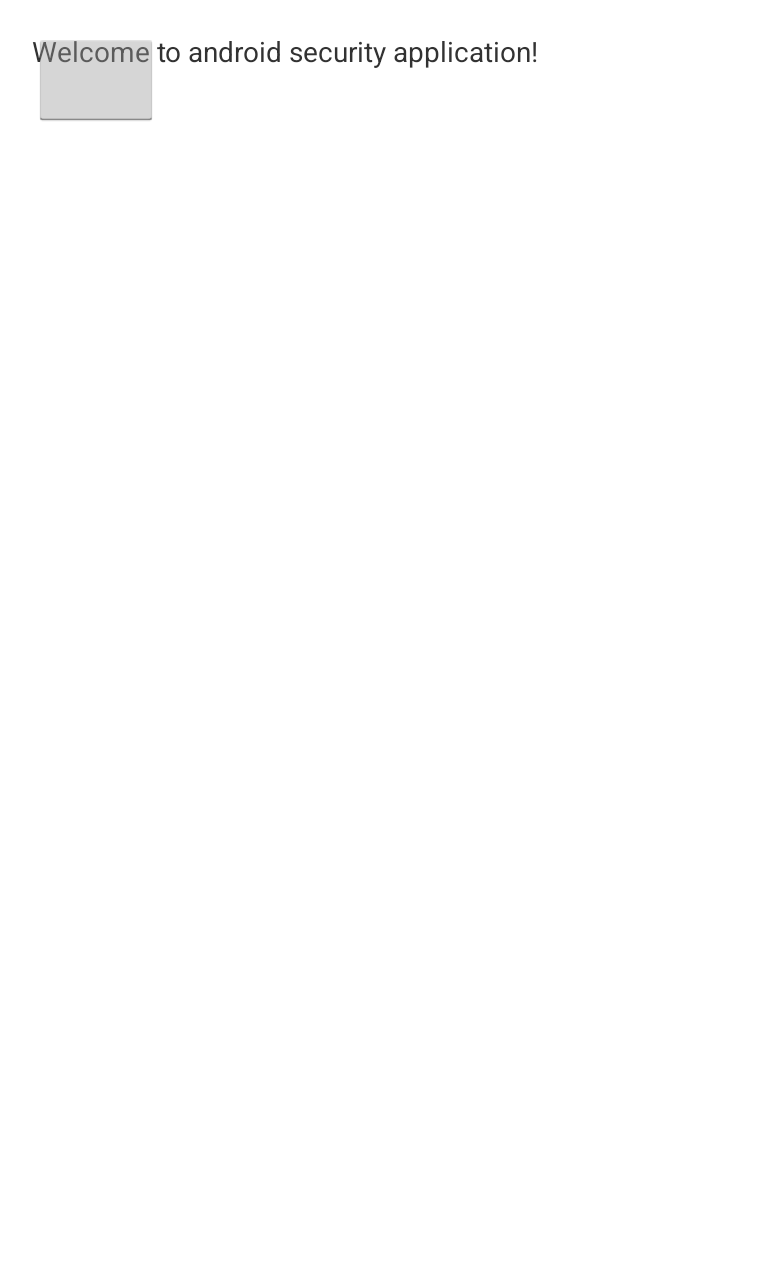
Repository: yuan8152598/android_security
Layout: android_client/AndroidSecurity/res/layout/activity_security.xml
These files come from the project's save history. The layout is drawn as it stood at one moment and after the next save; the edit follows.
It is drawn on a 768 x 1280 px phone screen (xhdpi) without system bars, with theme AppTheme; the app's code is not run.

Above is the layout before, as saved 2014-03-14 08:39:37.

After the next save:
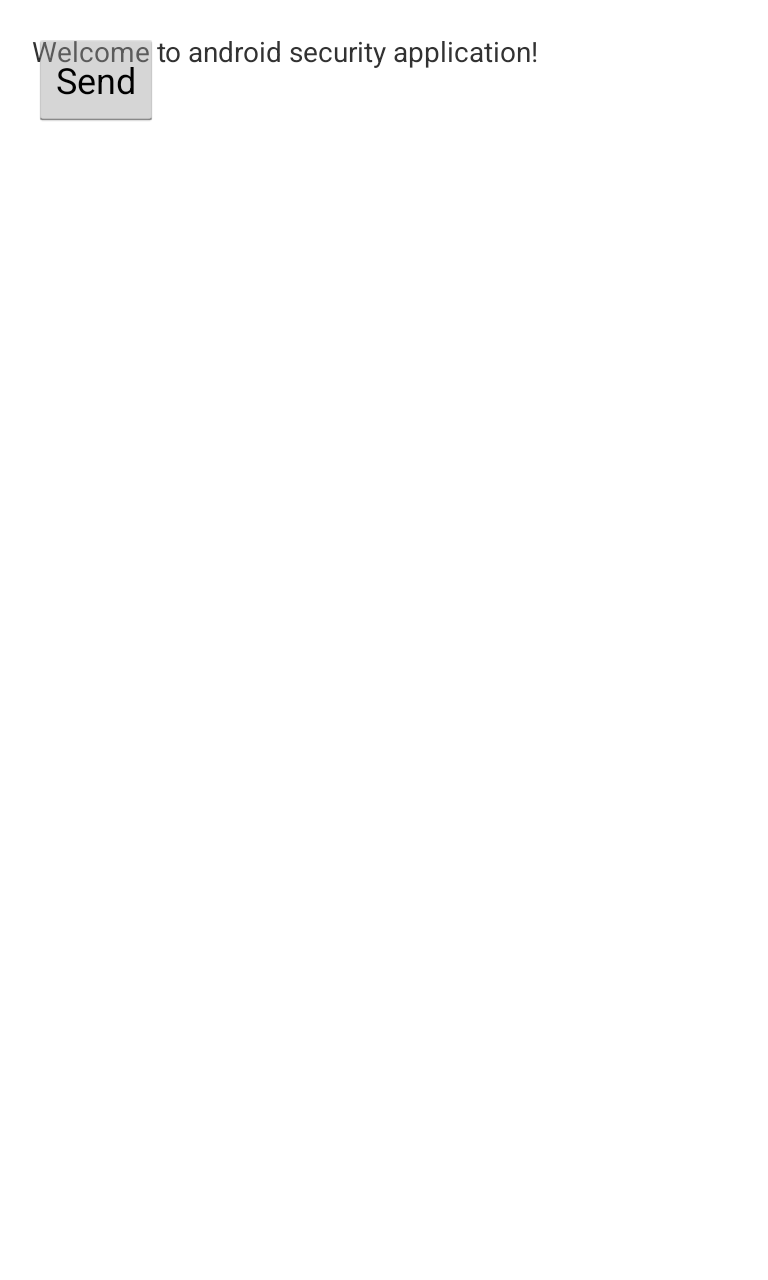
Saved 27 s later.
--- a/android_client/AndroidSecurity/res/layout/activity_security.xml
+++ b/android_client/AndroidSecurity/res/layout/activity_security.xml
@@ -18,6 +18,6 @@
         android:layout_width="wrap_content"
         android:layout_height="wrap_content"
         android:layout_marginBottom="34dp"
-        android:test="@string/Send"/>
+        android:text="@string/Send"/>
 
 </RelativeLayout>
